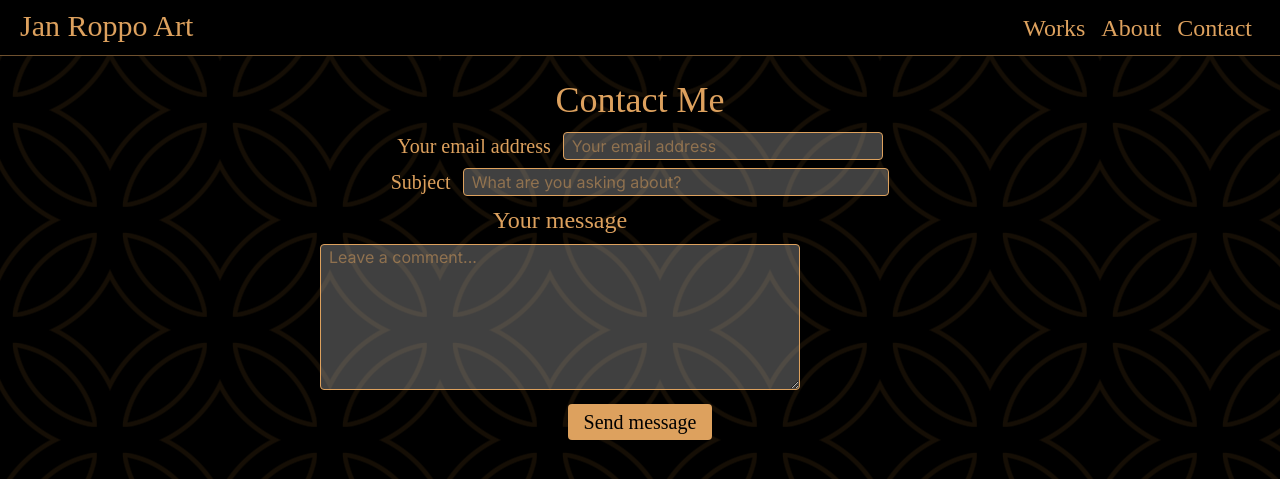
Repository: YanceMcFinn/JRArt
Page: /contact
The author's editor kept a copy of each file at every save. The page is drawn from the files as they stood at one save, then again after the next save.
The browser window is 1280 px wide. The pictures show the whole page.
Some web fonts or font styles are not loaded; a fallback is used. The project was rebuilt for these pictures with package versions that can differ from the ones it lists, and the page was loaded fresh each time. The framework's server and built-in components were replaced by stand-ins that run in the browser. Also part of the build but not shown: next.config.js.

Above is the page before, as saved 2023-10-29 14:22:30.

After the next save:
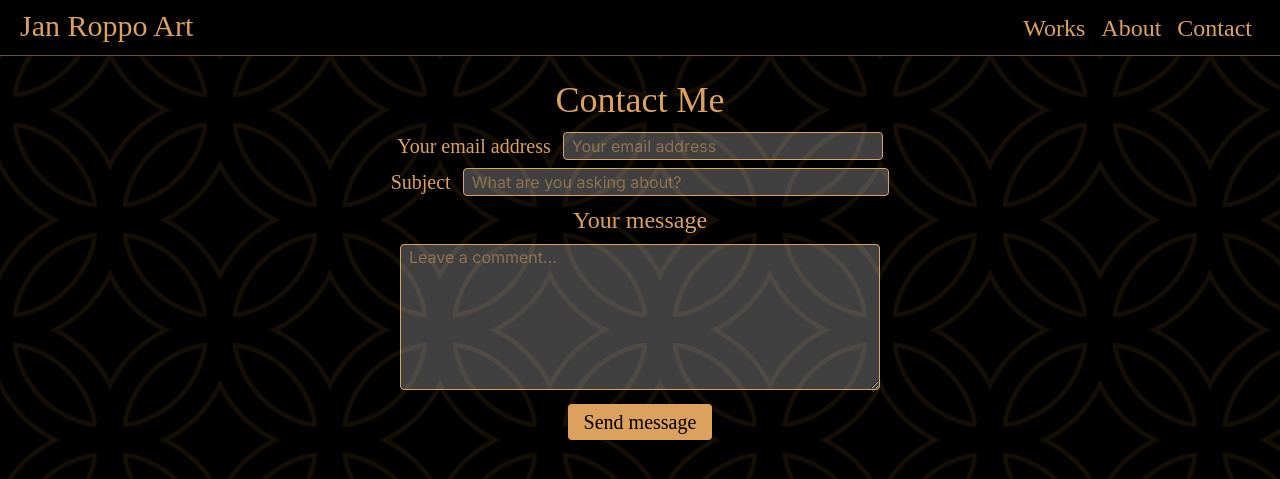
Saved 24 s later.
--- a/app/contact/page.jsx
+++ b/app/contact/page.jsx
@@ -15,7 +15,7 @@ export default function Contact() {
                         <label for="subject" className='pr-3 title text-xl'>Subject</label>
                         <input type="text" id="subject" className='rounded w-4/6 px-2 bg-white/25 border border-main-color text-main-color placeholder-main-color/50 focus:border-main-color focus:border-2 focus:outline-none focus:ring-0' placeholder="What are you asking about?" required/>
                     </div>
-                    <div className='w-9/12'>
+                    <div className='w-9/12 mx-auto'>
                         <label for="message" className='title text-2xl' >Your message</label><br/>
                         <textarea id="message" rows="6" placeholder="Leave a comment..." className='rounded w-full px-2 mt-2 bg-white/25 border border-main-color text-main-color placeholder-main-color/50 focus:border-main-color focus:border-2 focus:outline-none focus:ring-0'></textarea>
                     </div>
